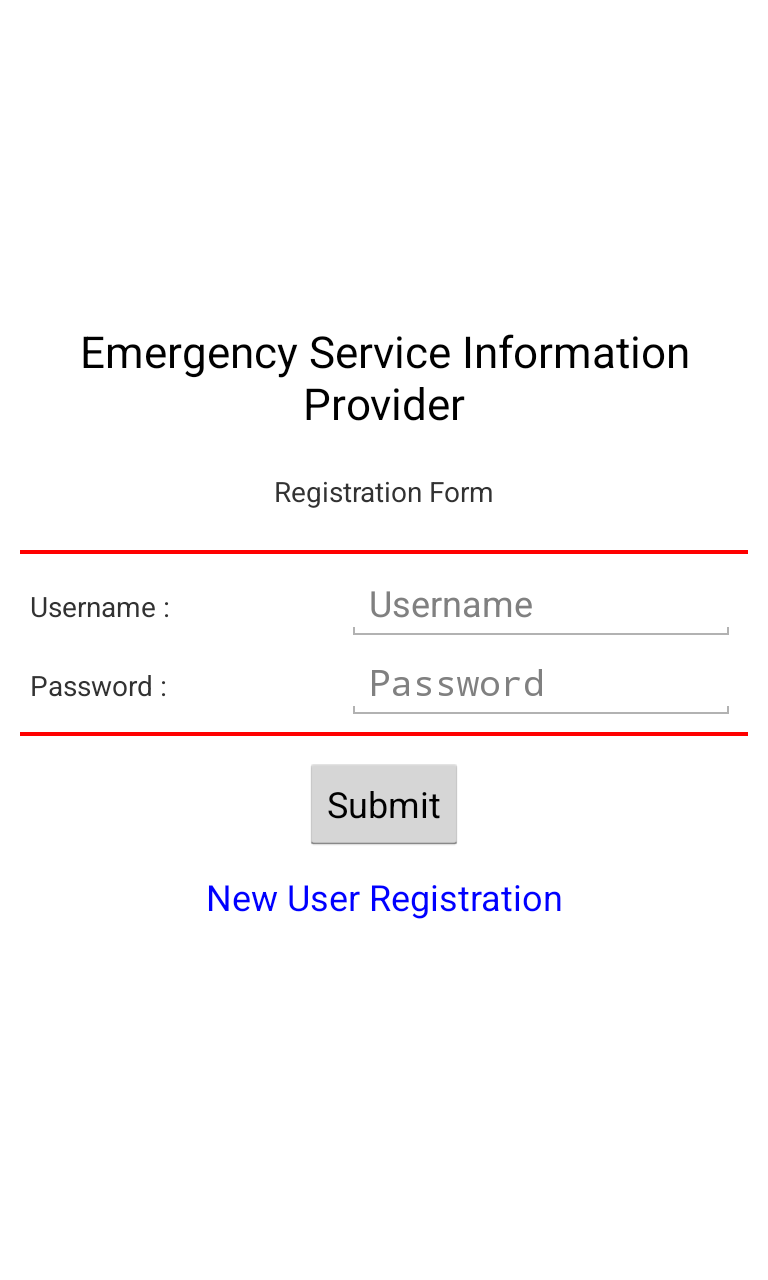
Repository: mansee8/Emergency-Service-Information-Provider
Layout: Emergency Service Information Provider/ESIP/ESIP/res/layout/user_registration.xml
The author's editor kept a copy of each file at every save. The layout is drawn from the files as they stood at one save, then again after the next save.
It is drawn on a 768 x 1280 px phone screen (xhdpi) without system bars, with theme AppTheme; the app's code is not run.

Above is the layout before, as saved 2014-02-28 10:10:09.

After the next save:
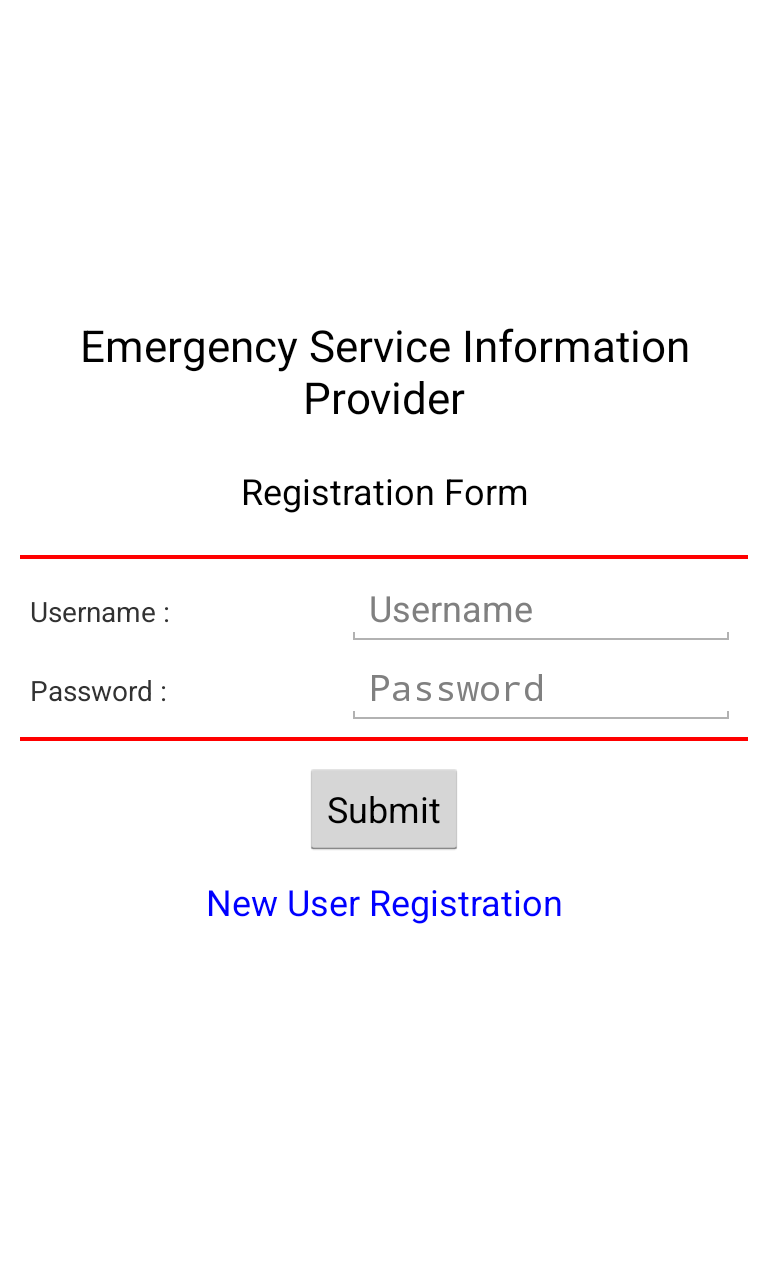
Saved 19 s later.
--- a/Emergency Service Information Provider/ESIP/ESIP/res/layout/user_registration.xml
+++ b/Emergency Service Information Provider/ESIP/ESIP/res/layout/user_registration.xml
@@ -26,7 +26,8 @@
             android:layout_height="wrap_content"
             android:layout_margin="20dp"
             android:gravity="center"
-            android:text="Registration Form" />
+            android:text="Registration Form"
+            android:textAppearance="?android:attr/textAppearanceMedium" />
 
         <View
             android:layout_width="fill_parent"
